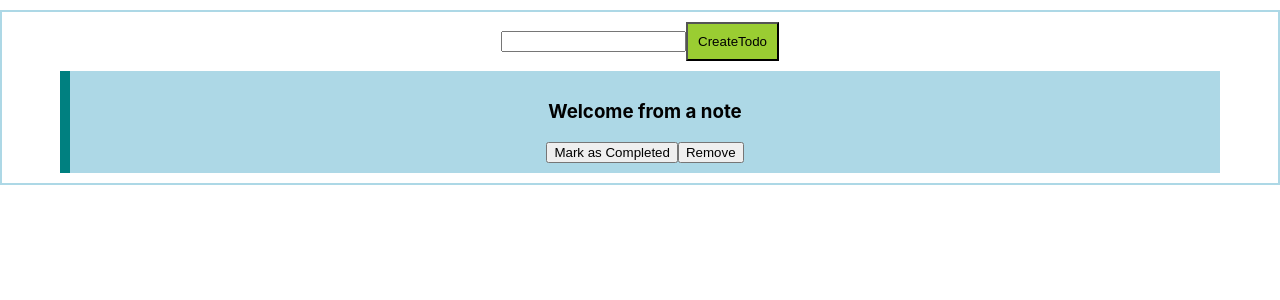
Repository: CaptainStorm21/react-ecosystem-course
Page: /
The author's editor kept a copy of each file at every save. The page is drawn from the files as they stood at one save, then again after a run of saves.
The browser window is 1280 px wide. The pictures show the whole page.
The project was rebuilt for these pictures with package versions that can differ from the ones it lists, and the page was loaded fresh each time.

Above is the page before, as saved 2020-05-30 17:43:14.

After the next 3 saves:
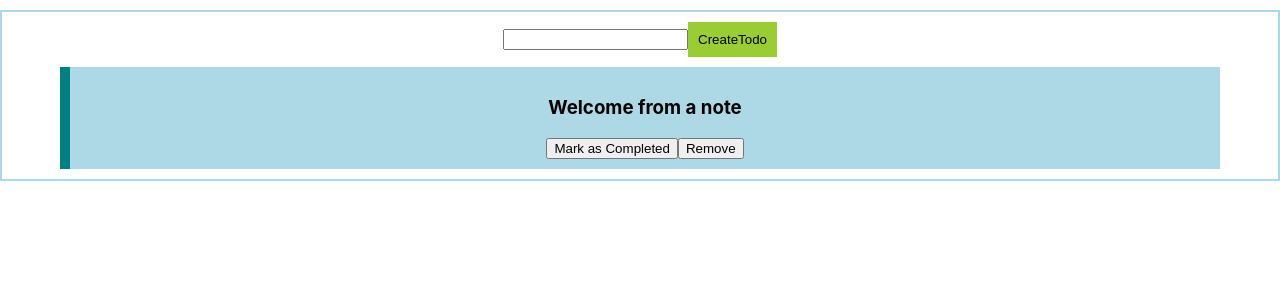
The 3 saves are shown as one change because they came seconds apart.
The last was saved 16 s later.
--- a/src/todos/NewTodoForm.css
+++ b/src/todos/NewTodoForm.css
@@ -10,5 +10,6 @@
 .newTodo{
     background-color: yellowgreen;
     padding: 10px;
+    border: 0;
 
 }
